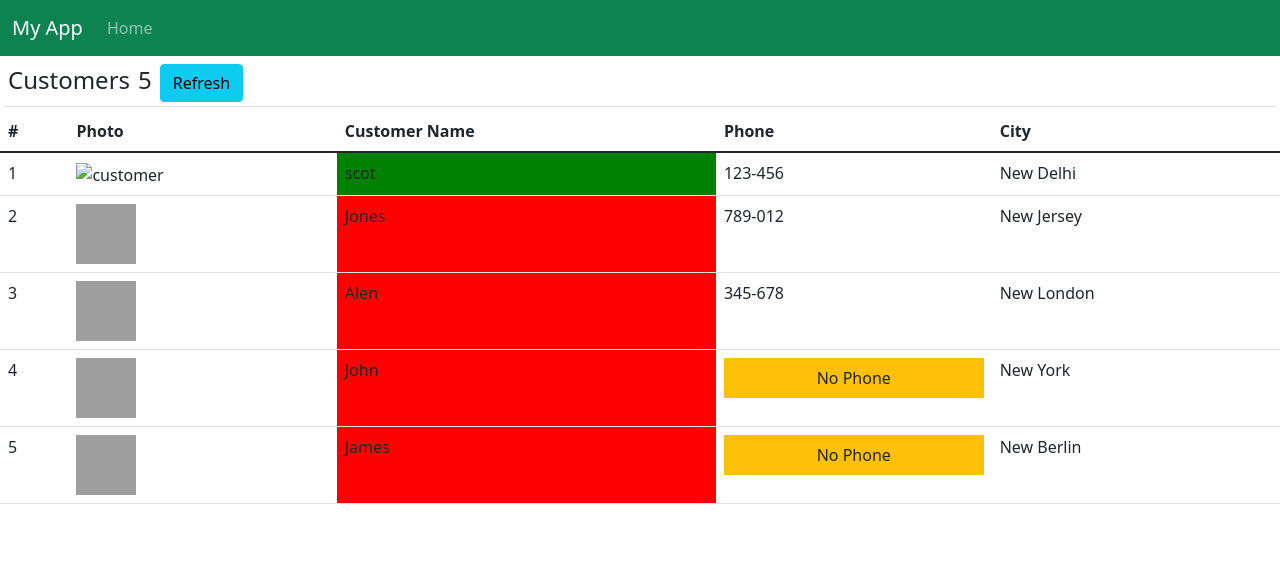
Repository: smit1298/e-commerce
Page: /
An editor plug-in stored every save of this project. The page is shown before and after a run of saves, followed by the edit.
The browser window is 1280 px wide. The pictures show the whole page.
Pictures or frames that could not be fetched are drawn as grey boxes. The project was rebuilt for these pictures with package versions that can differ from the ones it lists, and the page was loaded fresh each time.

Above is the page before, as saved 2022-05-10 21:32:03.

### src/index.js
import React from "react";
import ReactDOM from "react-dom";
import "jquery";
import "popper.js/dist/umd/popper";
import "bootstrap/dist/js/bootstrap";
import "bootstrap/dist/css/bootstrap.css";
import "./index.css";
import App from "./App";

ReactDOM.render(<App />, document.getElementById("root"));

### src/index.css
* {
    box-sizing: border-box;
}

.highlight{
    background-color: #80c0b5;
}

.navbar-style{
    background-color: #0c8351 !important;
}

### src/App.jsx
import React, { Component } from "react";
import MainContent from "./MainContent";
import NavBar from "./NavBar";

export default class App extends Component {
  render() {
    return (
      <React.Fragment>
        <NavBar />
        <MainContent />
      </React.Fragment>
    );
  }
}

### src/MainContent.jsx
import React, { Component } from "react";

export default class MainContent extends Component {
  state = {
    pageTitle: "Customers",
    customersCount: 5,
    customers: [
      { id: 1, name: "scot", phone: "123-456", address: { city: "New Delhi" } },
      {
        id: 2,
        name: "Jones",
        phone: "789-012",
        address: { city: "New Jersey" },
        photo: "https://picsum.photos/id/1013/60"
      },
      {
        id: 3,
        name: "Alen",
        phone: "345-678",
        address: { city: "New London" },
        photo: "https://picsum.photos/id/1011/60"
      },
      {
        id: 4,
        name: "John",
        phone: null,
        address: { city: "New York" },
        photo: "https://picsum.photos/id/1012/60"
      },
      {
        id: 5,
        name: "James",
        phone: null,
        address: { city: "New Berlin" },
        photo: "https://picsum.photos/id/1013/60"
      }
    ]
  };

  render() {
    return (
      <div>
        <h4 className="border-bottom m-1 p-1">
          {this.state.pageTitle}
          <span className="m-2">{this.state.customersCount}</span>
          <button className="btn btn-info" onClick={this.onRefreshClick}>
            Refresh
          </button>
        </h4>
        <table className="table">
          <thead>
            <tr>
              <th>#</th>
              <th>Photo</th>
              <th>Customer Name</th>
              <th>Phone</th>
              <th>City</th>
            </tr>
          </thead>
          <tbody>{this.getCustomerRow()}</tbody>
        </table>
      </div>
    );
  }

  //   Executes when the user clicks on refresh button
  onRefreshClick = () => {
    this.setState({
      customersCount: 7
    });
  };

  getPhoneToRender = (phone) => {
    if (phone) return phone;
    else return <div className="bg-warning p-2 text-center">No Phone</div>;
  };

  getCustomerRow = () => {
    return this.state.customers.map((cust) => {
      return (
        <tr key={cust.id}>
          <td>{cust.id}</td>
          <td>
            <img src={cust.photo} alt="customer" />
          </td>
          <td style={{backgroundColor: (cust.name.startsWith('s'))?'green':'red'}}>{cust.name}</td>
          <td> {this.getPhoneToRender(cust.phone)}</td>
          <td>{cust.address.city}</td>
        </tr>
      );
    });
  };
}

### src/NavBar.jsx
import React, { Component } from "react";

class NavBar extends Component {
  render() {
    return (
      <React.Fragment>
        <nav className="navbar navbar-expand-lg navbar-dark bg-dark navbar-style">
          <div className="container-fluid">
            <a className="navbar-brand" href="/#">
              My App
            </a>
            <button
              className="navbar-toggler"
              type="button"
              data-bs-toggle="collapse"
              data-bs-target="#navbarSupportedContent"
              aria-controls="navbarSupportedContent"
              aria-expanded="false"
              aria-label="Toggle navigation"
            >
              <span className="navbar-toggler-icon"></span>
            </button>

            <div
              className="collapse navbar-collapse"
              id="navbarSupportedContent"
            >
              <ul className="navbar-nav me-auto mb-2 mb-lg-0">
                <li className="nav-item">
                  <a className="nav-link" href="/#">
                    Home
                  </a>
                </li>
              </ul>
            </div>
          </div>
        </nav>
      </React.Fragment>
    );
  }
}

export default NavBar;

Loaded but not shown: public/index.html (common file)

After the next 3 saves:
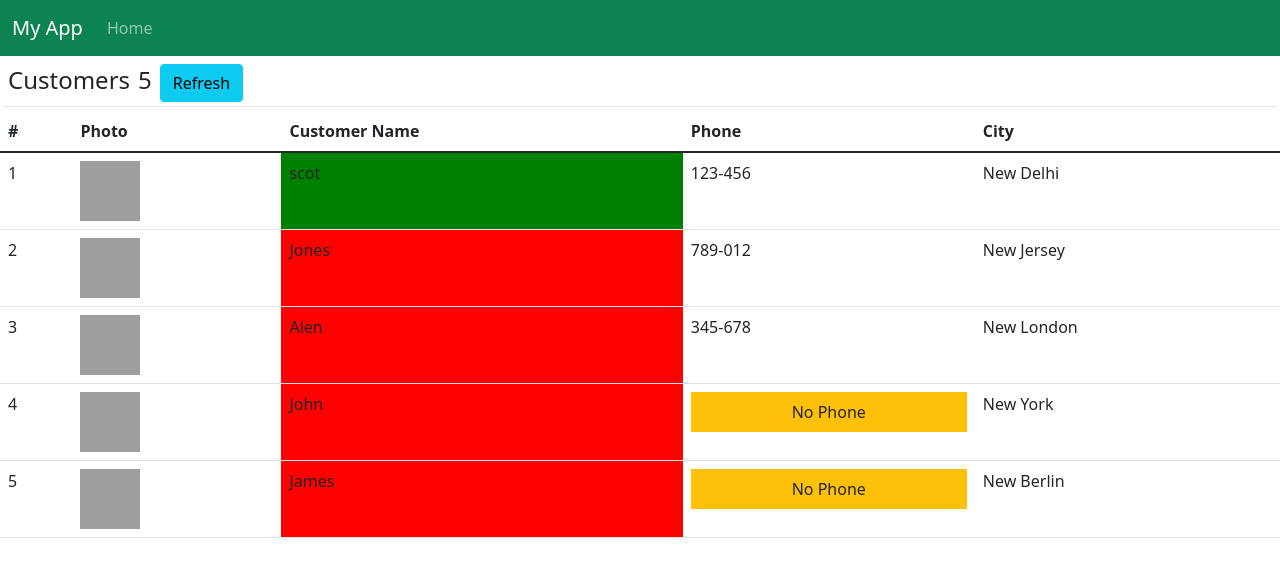
The 3 saves are shown as one change because they came seconds apart.
The last was saved 22 s later.
--- a/src/MainContent.jsx
+++ b/src/MainContent.jsx
@@ -5,7 +5,13 @@ export default class MainContent extends Component {
     pageTitle: "Customers",
     customersCount: 5,
     customers: [
-      { id: 1, name: "scot", phone: "123-456", address: { city: "New Delhi" } },
+      {
+        id: 1,
+        name: "scot",
+        phone: "123-456",
+        address: { city: "New Delhi" },
+        photo: "https://picsum.photos/id/1013/60"
+      },
       {
         id: 2,
         name: "Jones",
@@ -83,7 +89,13 @@ export default class MainContent extends Component {
           <td>
             <img src={cust.photo} alt="customer" />
           </td>
-          <td style={{backgroundColor: (cust.name.startsWith('s'))?'green':'red'}}>{cust.name}</td>
+          <td
+            style={{
+              backgroundColor: cust.name.startsWith("s") ? "green" : "red"
+            }}
+          >
+            {cust.name}
+          </td>
           <td> {this.getPhoneToRender(cust.phone)}</td>
           <td>{cust.address.city}</td>
         </tr>
